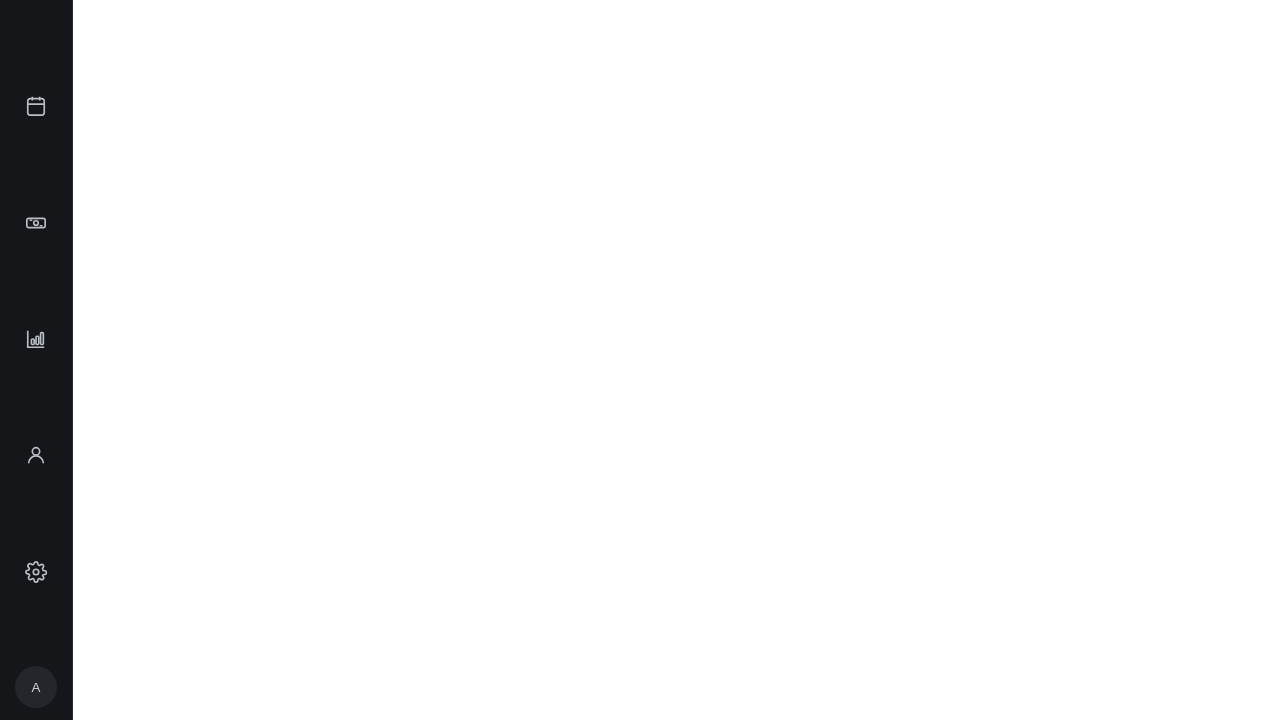
Repository: berberim1/berberapp
Page: bar-menu.html
These files come from the project's save history. The page is drawn as it stood at one moment and after the next save; the edit follows.
The browser window is 1280 px wide. The pictures show the whole page.

Above is the page before, as saved 2025-09-28 13:18:35.

After the next save:
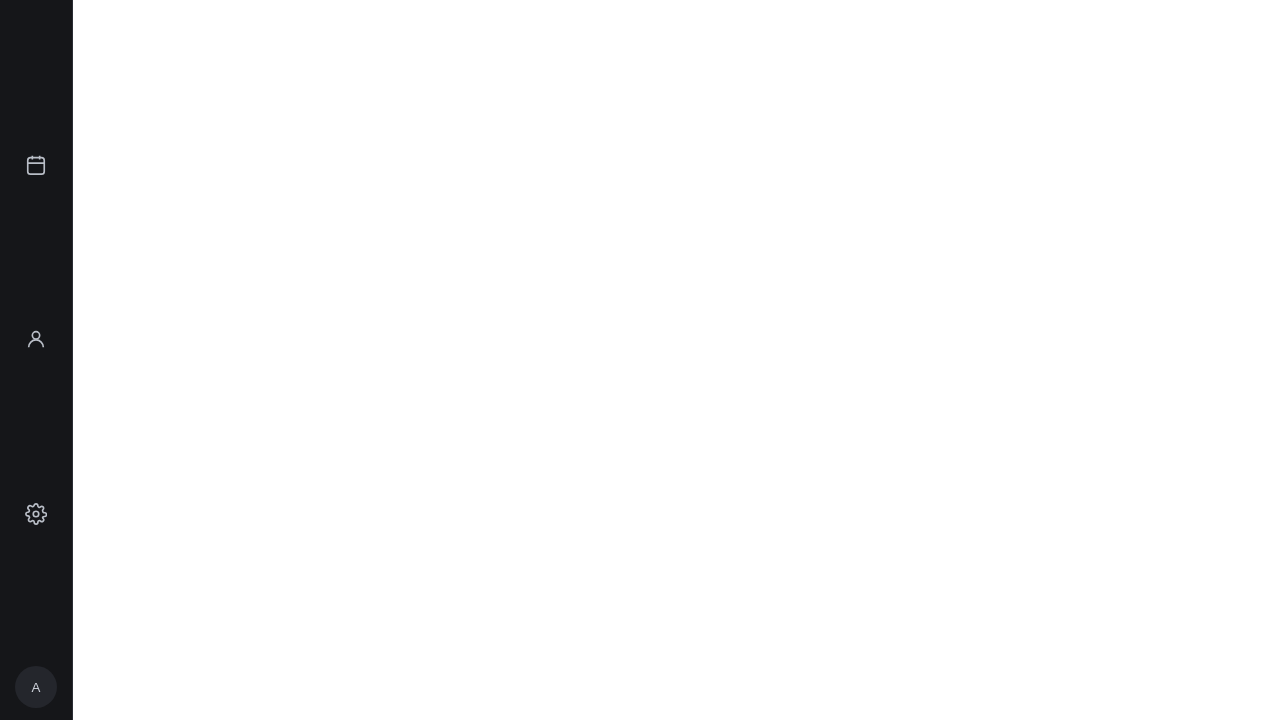
Saved 3 min 29 s later.
--- a/bar-menu.html
+++ b/bar-menu.html
@@ -93,21 +93,7 @@
           <svg class="ico" viewBox="0 0 24 24"><rect x="3" y="4" width="18" height="18" rx="3"/><path d="M16 2v4M8 2v4M3 10h18"/></svg>
         </a>
       </li>
-      <li class="rail__item">
-        <a class="rail__btn" href="checkout.html" data-tip="Kasa" aria-label="Kasa">
-          <!-- Para / banknot ikonu -->
-          <svg class="ico" viewBox="0 0 24 24">
-            <rect x="2" y="7" width="20" height="10" rx="2"/>
-            <circle cx="12" cy="12" r="2.5"/>
-            <path d="M5 9h3M16 15h3"/>
-          </svg>
-        </a>
-      </li>
-      <li class="rail__item">
-        <a class="rail__btn" href="stats-and-reports.html" data-tip="Raporlar" aria-label="Raporlar">
-          <svg class="ico" viewBox="0 0 24 24"><path d="M3 3v18h18"/><rect x="7" y="12" width="3" height="6" rx="1"/><rect x="12" y="9" width="3" height="9" rx="1"/><rect x="17" y="5" width="3" height="13" rx="1"/></svg>
-        </a>
-      </li>
+
       <li class="rail__item">
         <a class="rail__btn" href="staff.html" data-tip="Personel" aria-label="Personel">
           <svg class="ico" viewBox="0 0 24 24"><circle cx="12" cy="8" r="4"/><path d="M20 21a8 8 0 1 0-16 0"/></svg>
